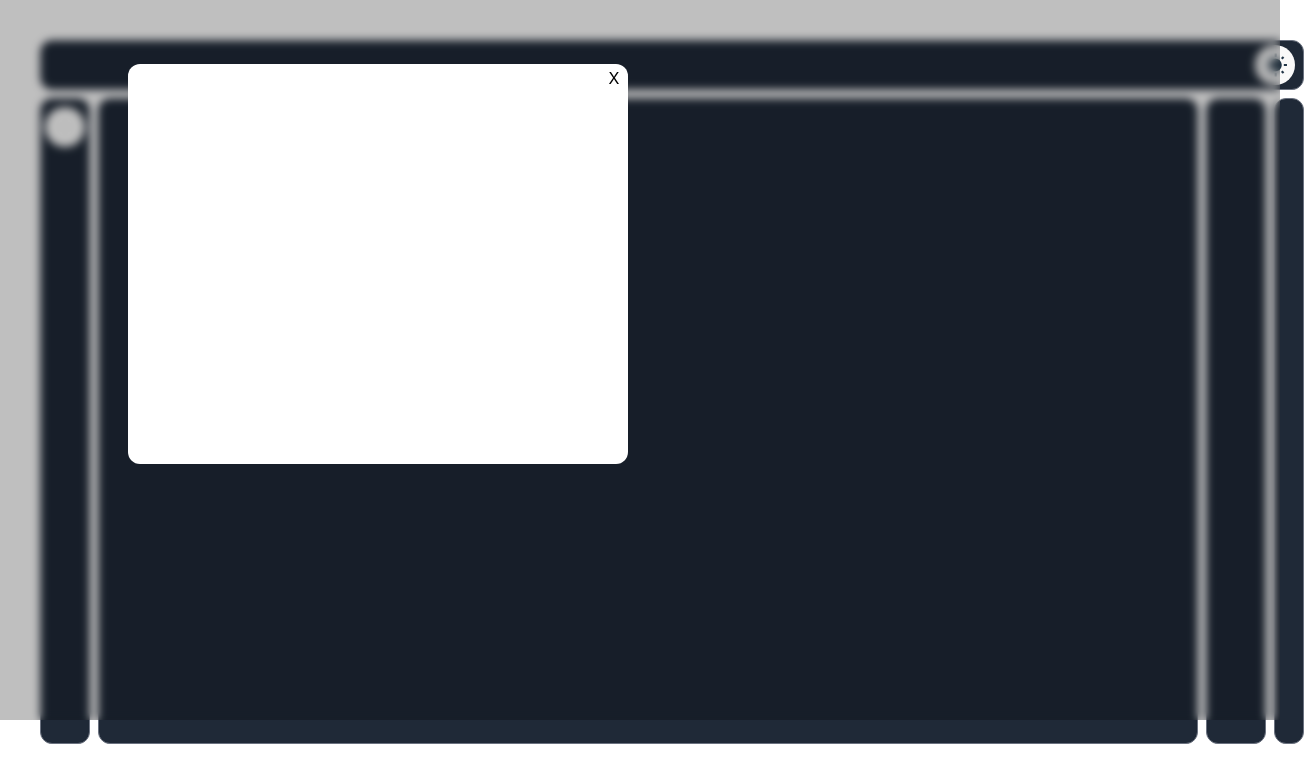
Repository: Wuiserous/Todo-App
Page: /, after clicking the first element matching `button.w-10`
An editor plug-in stored every save of this project. The page is shown before and after the next save, followed by the edit.
The browser window is 1280 px wide. The page is 1312 px wide, so the pictures cover 1312 px, including what lies to the right of the window. The pictures show the whole page.
The project was rebuilt for these pictures with package versions that can differ from the ones it lists, and the page was loaded fresh each time. Also part of the build but not shown: vite.config.js.

Above is the page before, as saved 2024-11-10 12:42:29.

After the next save:
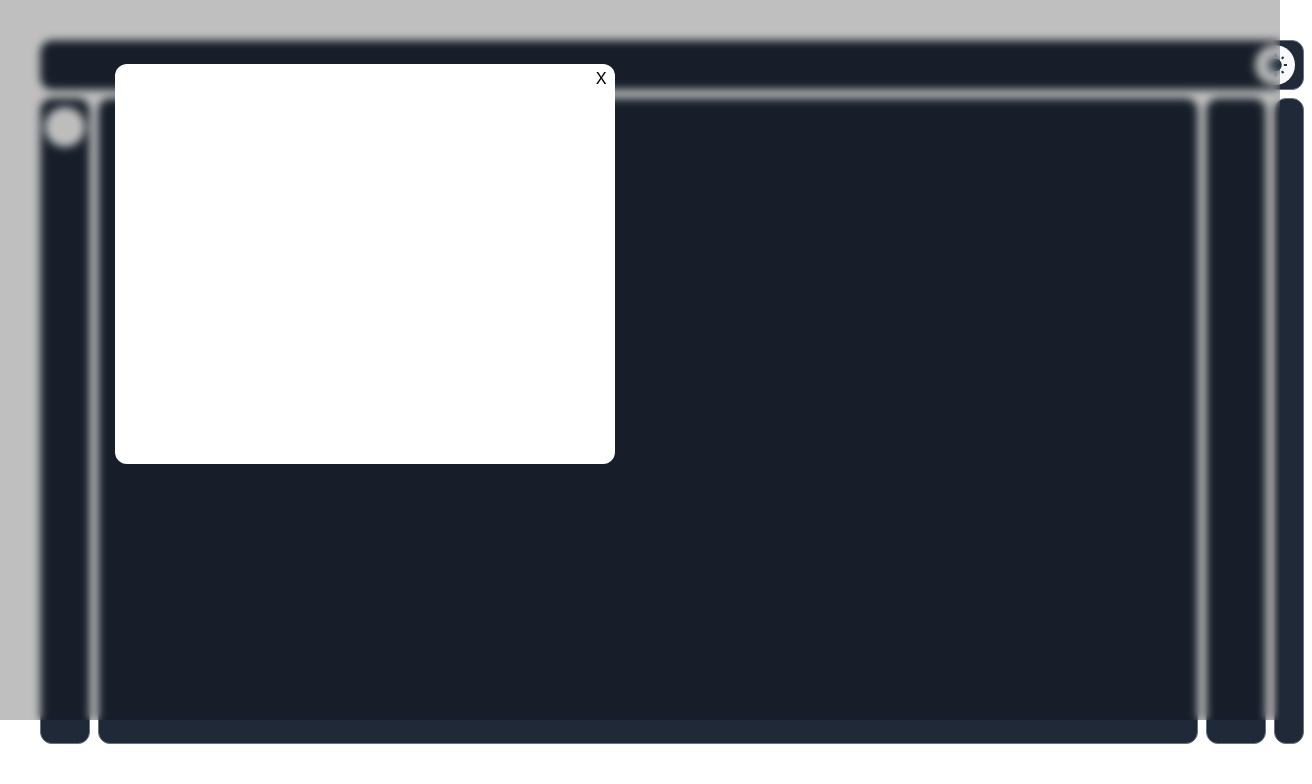
Saved 5 s later.
--- a/src/components/Modal.jsx
+++ b/src/components/Modal.jsx
@@ -26,7 +26,7 @@ export default function Modal(props) {
         onClick={hide}
       >
         <div
-          className={`relative w-[500px] top-16 left-[10%] h-[400px] bg-white rounded-xl flex flex-col justify-center items-center text-black transform transition-all duration-500 ${
+          className={`relative w-[500px] top-16 left-[9%] h-[400px] bg-white rounded-xl flex flex-col justify-center items-center text-black transform transition-all duration-500 ${
             isVisible ? "scale-100 opacity-100" : "scale-50 opacity-0"
           }`}
         >
